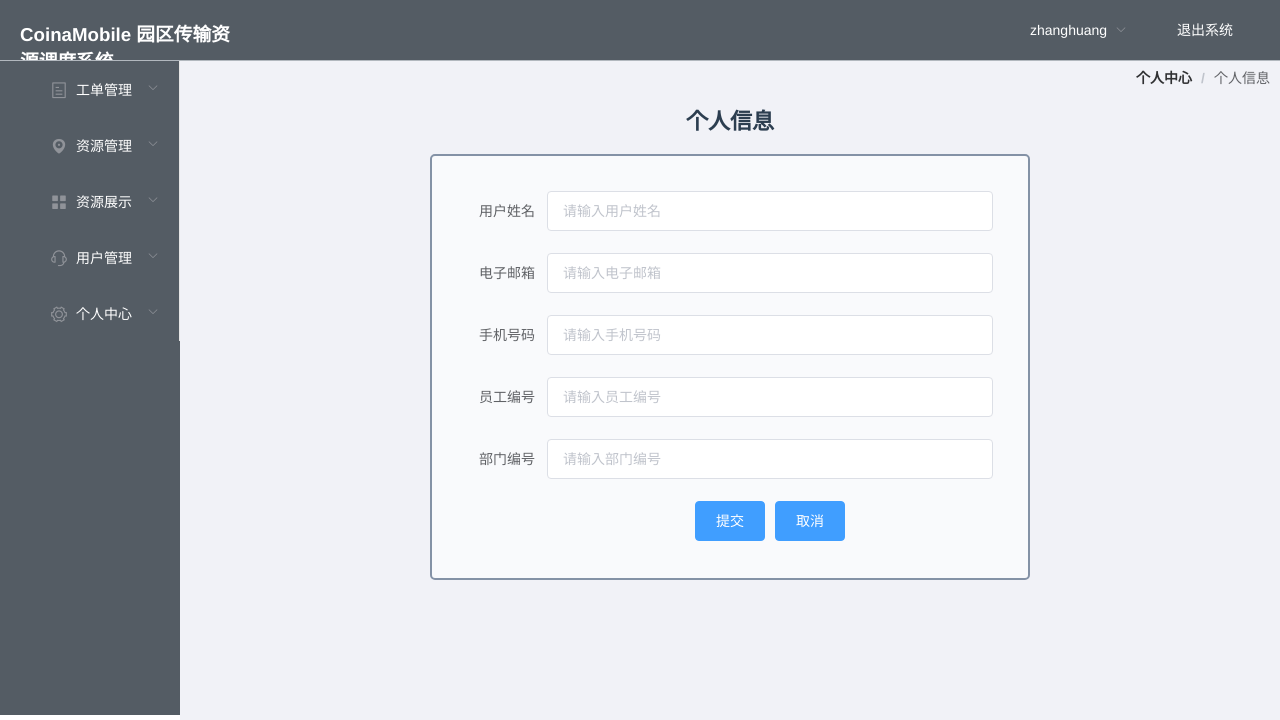
Repository: LezBaishi/yqpass
Page: /#/personcenter (app in yqpass-v1.5/frontend/)
These files come from the project's save history. The page is drawn as it stood at one moment and after the next save; the edit follows.
The browser window is 1280 px wide. The pictures show the whole page.
The page's requests for data from a server got no answer. The project was rebuilt for these pictures with package versions that can differ from the ones it lists, and the page was loaded fresh each time. No one was signed in, and anything a server would have sent is missing. Also part of the build but not shown: yqpass-v1.5/frontend/src/components/OrderlistNew.vue, yqpass-v1.5/frontend/src/components/OrderDetailUnfinished.vue, yqpass-v1.5/frontend/src/components/OrderlistUnfinished.vue, yqpass-v1.5/frontend/src/components/OrderDetailCompleted.vue, yqpass-v1.5/frontend/src/components/OrderlistCompleted.vue, yqpass-v1.5/frontend/src/components/Orderlist.vue, yqpass-v1.5/frontend/src/components/ResCableDetail.vue, yqpass-v1.5/frontend/src/components/ResCable.vue and 13 more.

Above is the page before, as saved 2018-10-21 17:27:26.

After the next save:
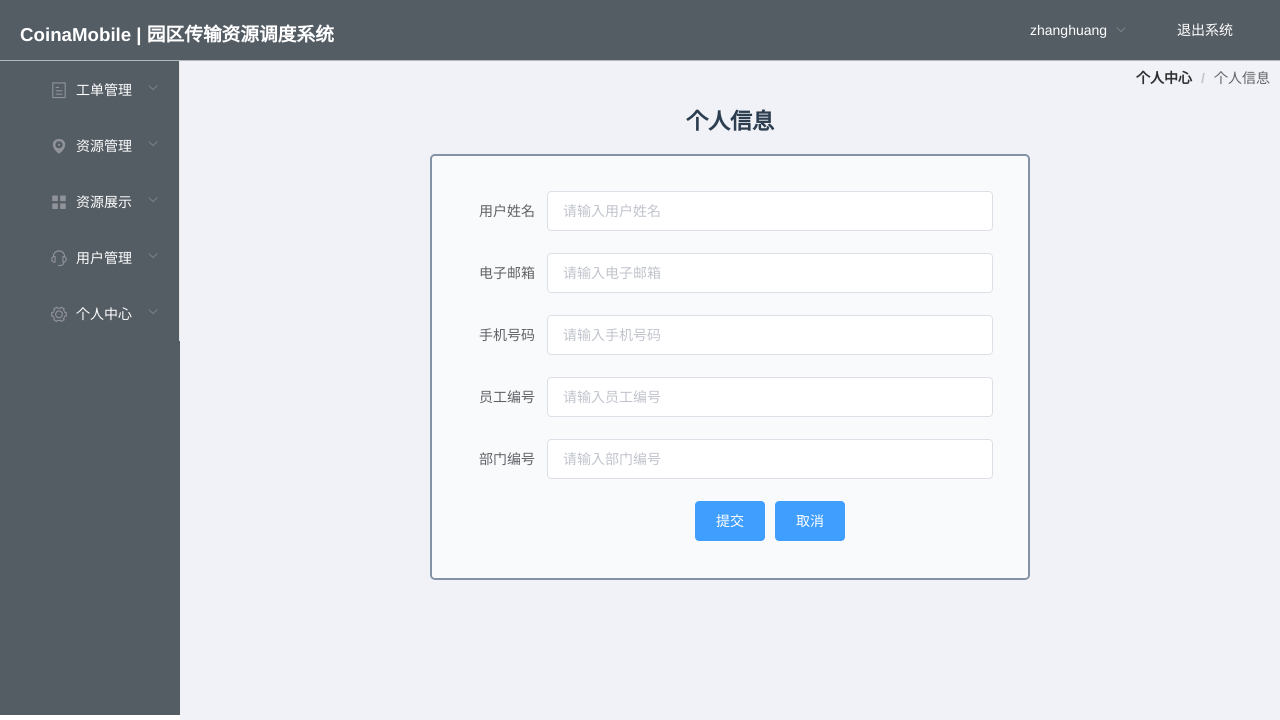
Saved 17 s later.
--- a/yqpass-v1.5/frontend/src/components/Layout.vue
+++ b/yqpass-v1.5/frontend/src/components/Layout.vue
@@ -2,7 +2,7 @@
   <el-row class="panel">
     <el-row class="top">
       <el-col :span='24' class="panel-top">
-        <el-col style="width:240px; padding-left:20px; height: 100%;align-items: flex-end;">
+        <el-col style="width:480px; padding-left:20px; height: 100%;align-items: flex-end;">
           <!-- <img src="../assets/logo1.png"  alt="log" class="img" /> -->
           <!-- <a style="font-size: 28px;color: #ffffff;">ChinaMobile</a> -->
           <h3 style="color:#ffffff;">{{ msg }}</h3>
@@ -64,7 +64,7 @@
   data () {
     return {
       activeName: '0',
-      msg: 'CoinaMobile 园区传输资源调度系统',
+      msg: 'CoinaMobile | 园区传输资源调度系统',
       label_list: [
         {
           title: '工单管理',
